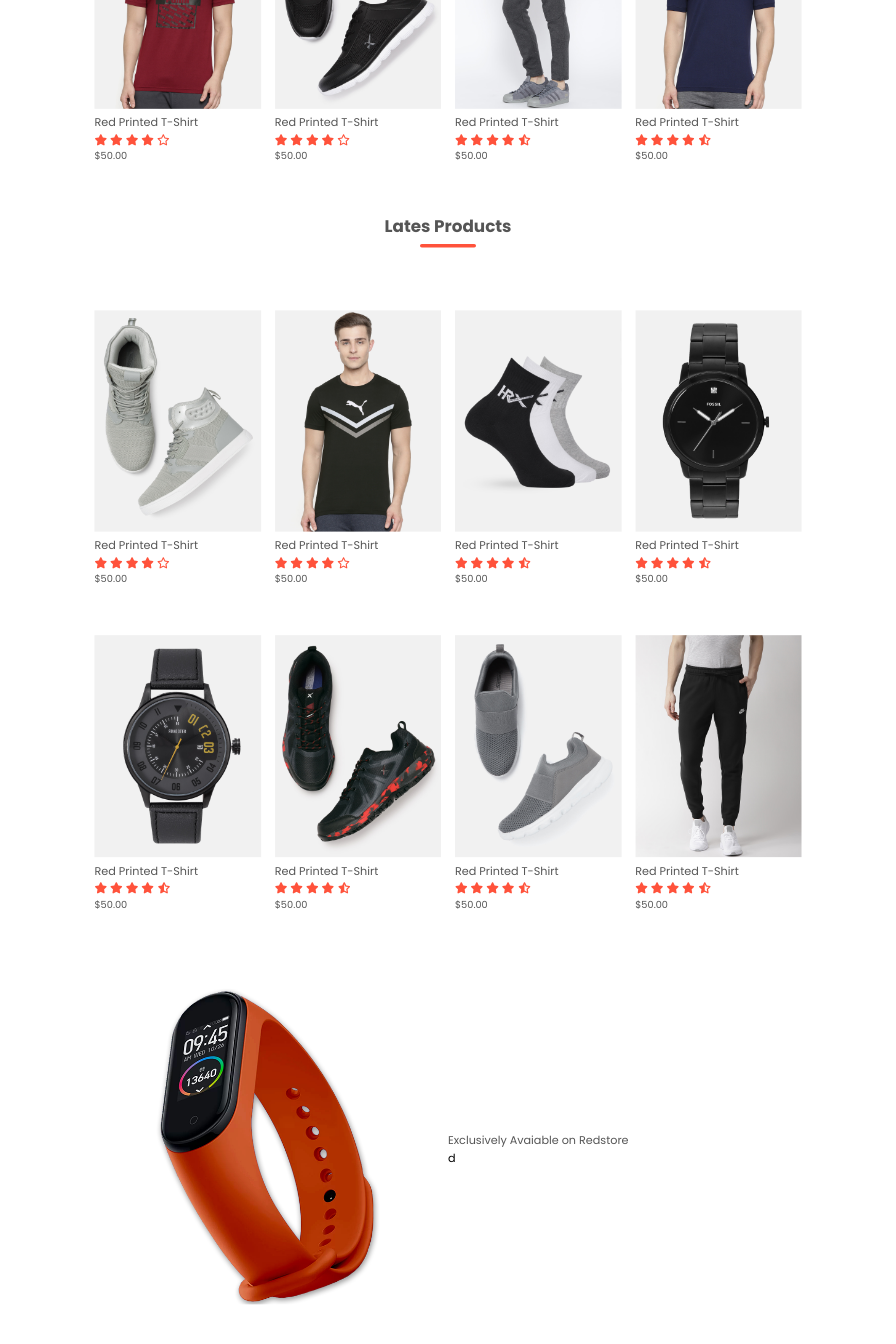
Repository: datvu1608/redsportstore
Page: index.html
These files come from the project's save history. The page is drawn as it stood at one moment and after the next save; the edit follows.
The browser window is 1280 px wide. The pictures show the part of the page from y = 1619 to 3539 px (the page is 3539 px tall), at 70% of full size.

Above is the page before, as saved 2023-11-22 23:49:51.

After the next save:
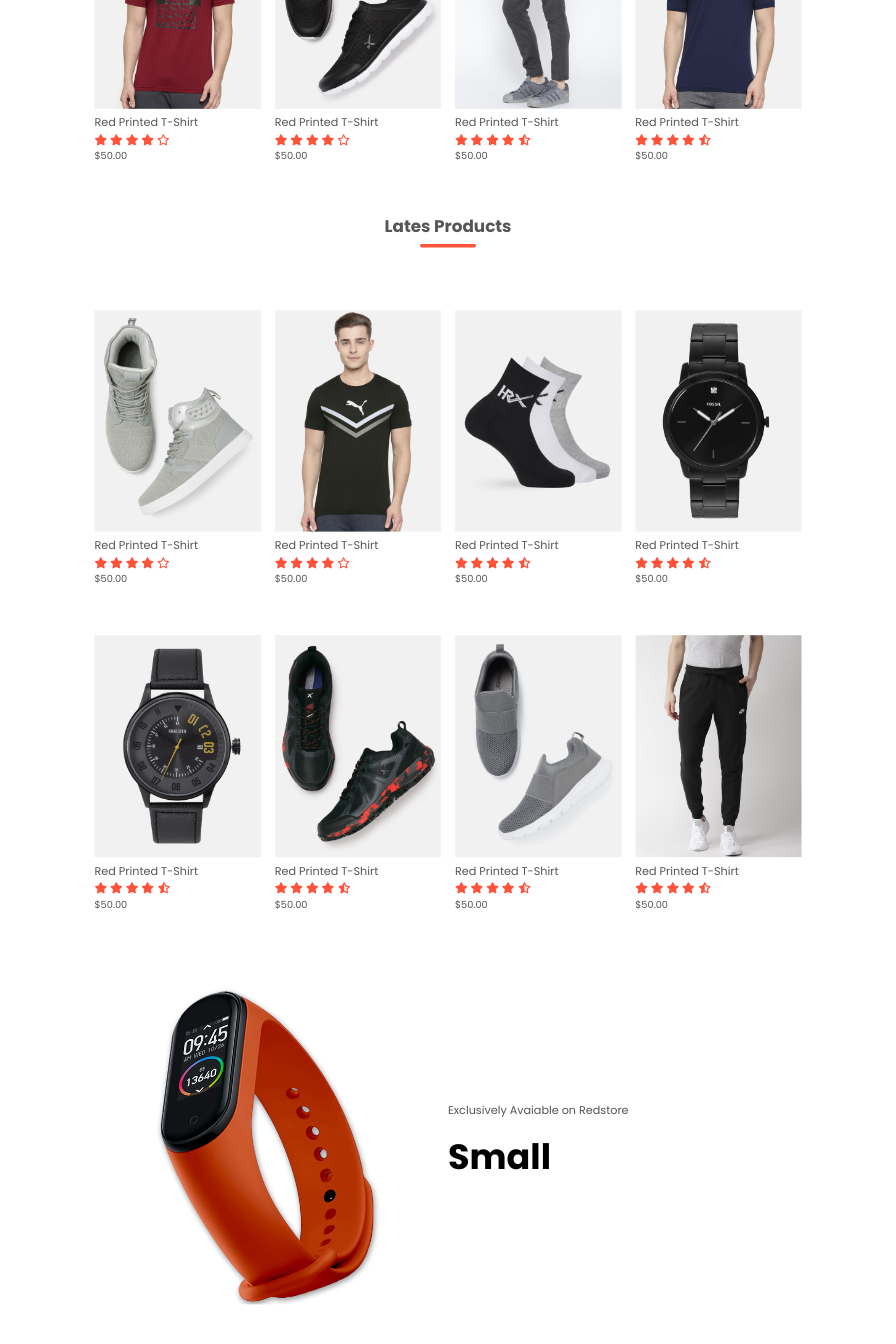
Saved 4 s later.
--- a/index.html
+++ b/index.html
@@ -240,7 +240,7 @@
           </div>
           <div class="col-2">
             <p>Exclusively Avaiable on Redstore</p>
-            d
+            <h1>Small</h1>
           </div>
         </div>
       </div>
